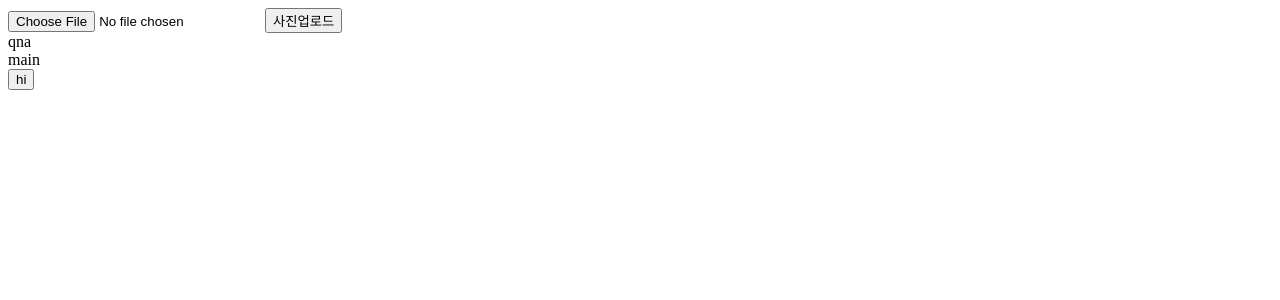
Repository: hwangstar156/UI-collection
Page: index.html
An editor plug-in stored every save of this project. The page is shown before and after the next save, followed by the edit.
The browser window is 1280 px wide. The pictures show the whole page.

Above is the page before, as saved 2021-09-01 00:40:37.

### index.html
<!DOCTYPE html>
<html lang="en">
<head>
    <meta charset="UTF-8">
    <meta http-equiv="X-UA-Compatible" content="IE=edge">
    <meta name="viewport" content="width=device-width, initial-scale=1.0">
    <title>UI-COMPONENT</title>
    <link rel="stylesheet" href="styles.css">
    <script src="app.js" defer></script>
</head>
<body>
    <form action="">
        <input type="file" id="chooseFile" name="chooseFile" class="img-input" required>
        <button class="submit-btn">사진업로드</button>
    </form>
    <div class="img">

    </div>
    <div class="qna">
        qna
    </div>
    <div class="main">main</div>
    <button class="btn">hi</button>
</body>
</html>

### styles.css
.img {
  width: 150px;
  height: 150px;
  overflow: hidden;
  border-radius: 50%;
  position: absolute;
  left: 300px;
  top: 300px;
}

.profile-img {
  display: block;
}

### app.js
const realInput = document.querySelector(".img-input");
const imgTag = document.querySelector(".img");

const resizeImage = (settings) => {
  const file = settings.file;
  const maxSize = settings.maxSize;
  const reader = new FileReader();
  const image = new Image();
  const canvas = document.createElement("canvas");

  const dataURItoBlob = (dataURI) => {
    const bytes =
      dataURI.split(",")[0].indexOf("base64") >= 0
        ? atob(dataURI.split(",")[1])
        : unescape(dataURI.split(",")[1]);
    const mime = dataURI.split(",")[0].split(":")[1].split(";")[0];
    const max = bytes.length;
    const ia = new Uint8Array(max);
    for (let i = 0; i < max; i++) ia[i] = bytes.charCodeAt(i);
    return new Blob([ia], { type: mime });
  };

  const resize = () => {
    let width = image.width;
    let height = image.height;
    if (width > height) {
      if (width > maxSize) {
        height *= maxSize / width;
        width = maxSize;
      }
    } else {
      if (height > maxSize) {
        width *= maxSize / height;
        height = maxSize;
      }
    }
    canvas.width = width;
    canvas.height = height;
    canvas.getContext("2d").drawImage(image, 0, 0, width, height);
    const dataUrl = canvas.toDataURL("image/jpeg");
    return dataURItoBlob(dataUrl);
  };

  return new Promise((ok, no) => {
    if (!file) {
      return;
    }
    if (!file.type.match(/image.*/)) {
      no(new Error("Not an image"));
      return;
    }
    reader.onload = (readerEvent) => {
      image.onload = () => {
        return ok(resize());
      };
      image.src = readerEvent.target.result;
    };
    reader.readAsDataURL(file);
  });
};

const handleImgInput = (e) => {
  const config = {
    file: e.target.files[0],
    maxSize: 350,
  };
  resizeImage(config)
    .then((resizedImage) => {
      const url = window.URL.createObjectURL(resizedImage);
      const img = document.createElement("img");
      img.setAttribute("src", url);
      img.className = "profile-img";
      img.style.display = "block";
      imgTag.appendChild(img);
    })
    .then(() => {
      const img = document.querySelector(".profile-img");
      img.onload = () => {
        const widthDiff = (img.clientWidth - imgTag.offsetWidth) / 2;
        const heightDiff = (img.clientHeight - imgTag.offsetHeight) / 2;
        img.style.transform = `translate( -${widthDiff}px , -${heightDiff}px)`;
      };
    })
    .catch((err) => {
      console.log(err);
    });
};

realInput.addEventListener("change", handleImgInput);

After the next save:
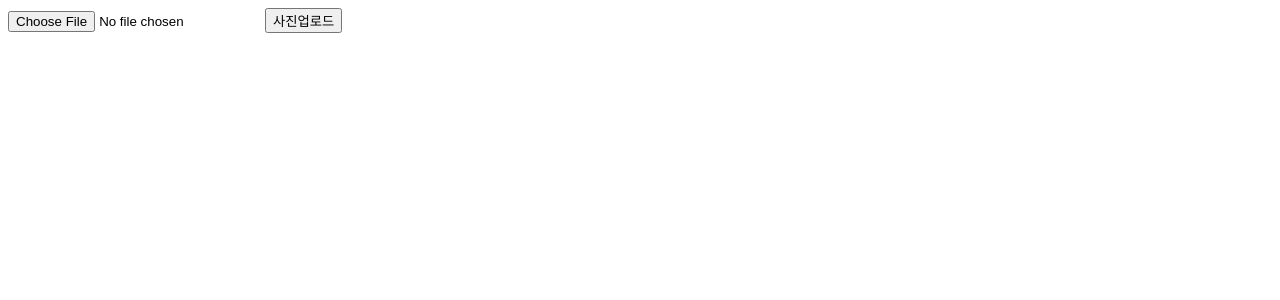
Saved 36 h 21 min later.
--- a/index.html
+++ b/index.html
@@ -16,10 +16,5 @@
     <div class="img">
 
     </div>
-    <div class="qna">
-        qna
-    </div>
-    <div class="main">main</div>
-    <button class="btn">hi</button>
 </body>
 </html>
